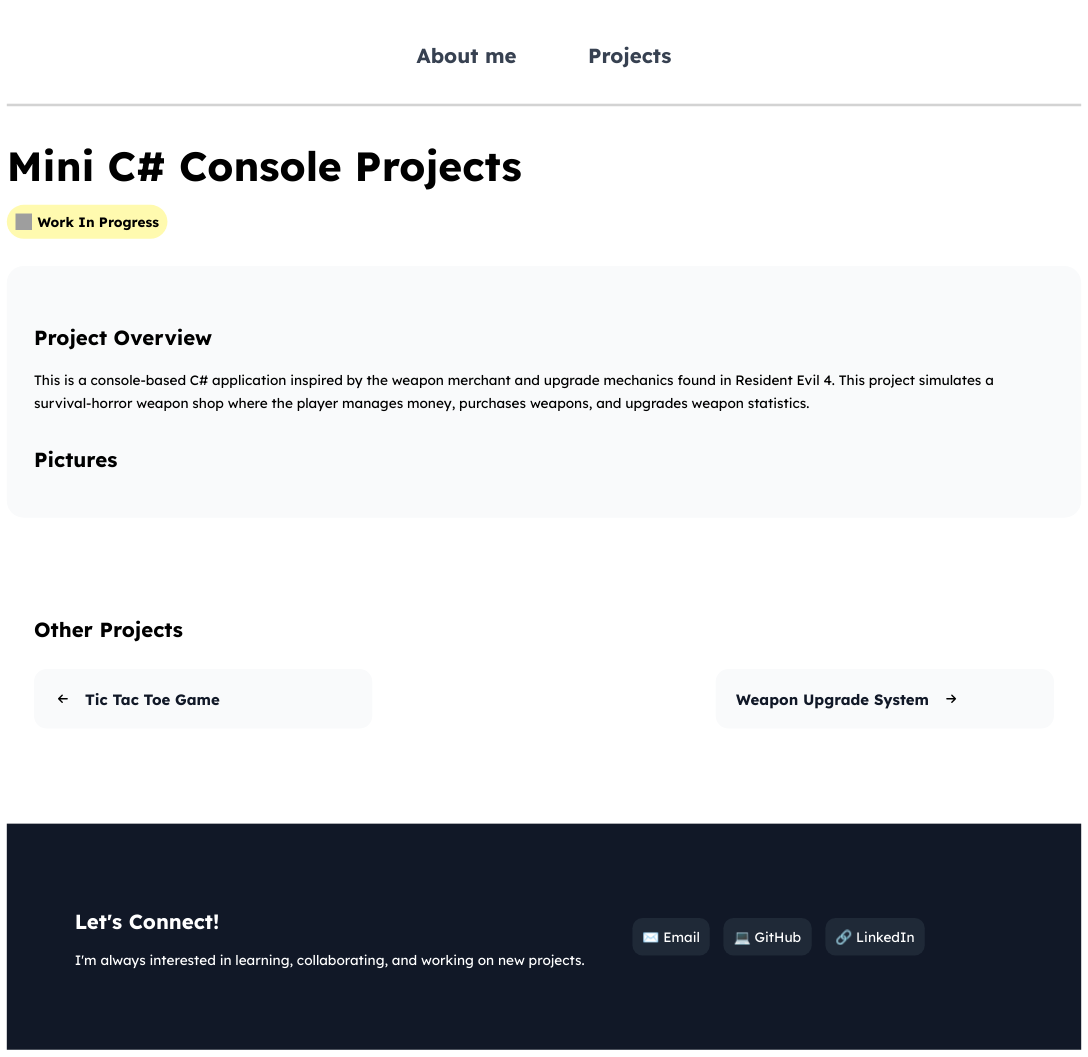
Repository: perrybalaba/perrybalaba
Page: pages/console-projects.html
An editor plug-in stored every save of this project. The page is shown before and after the next save, followed by the edit.
The browser window is 1280 px wide. The pictures show the whole page, at 85% of full size.
Pictures or frames that could not be fetched are drawn as grey boxes.

Above is the page before, as saved 2026-05-14 18:56:04.

After the next save:
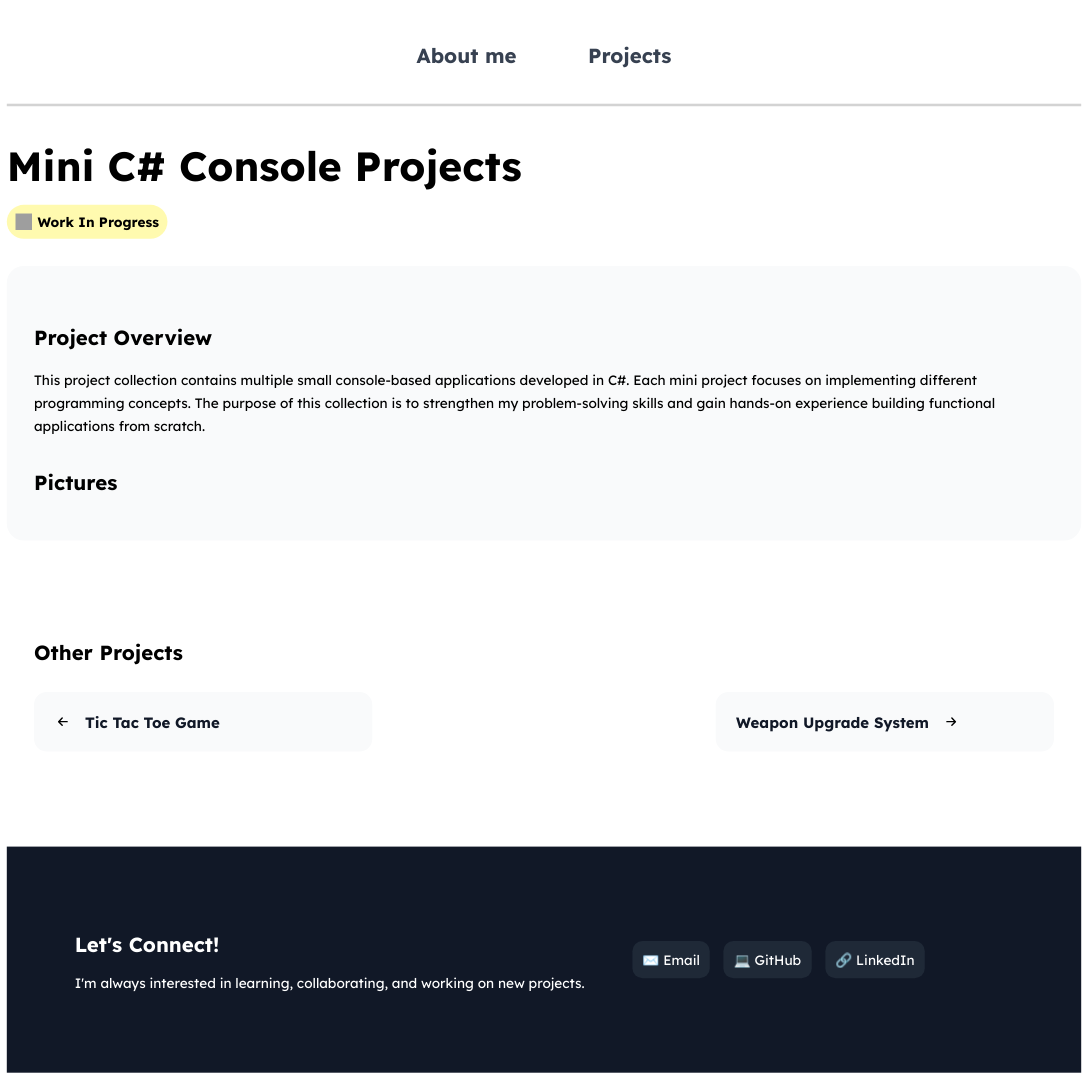
Saved 2 min 49 s later.
--- a/pages/console-projects.html
+++ b/pages/console-projects.html
@@ -29,9 +29,9 @@
                 <div class="Project-Info-Card">
                     <h3> Project Overview </h3>
                         <p>
-                            This is a console-based C# application inspired by the weapon merchant and upgrade mechanics
-                            found in Resident Evil 4. This project simulates a survival-horror weapon shop where the player
-                            manages money, purchases weapons, and upgrades weapon statistics.
+                            This project collection contains multiple small console-based applications developed in C#. Each mini project
+                            focuses on implementing different programming concepts. The purpose of this collection is to strengthen my problem-solving skills
+                            and gain hands-on experience building functional applications from scratch.
                         </p>
                     <h3> Pictures </h3>
                 </div>
